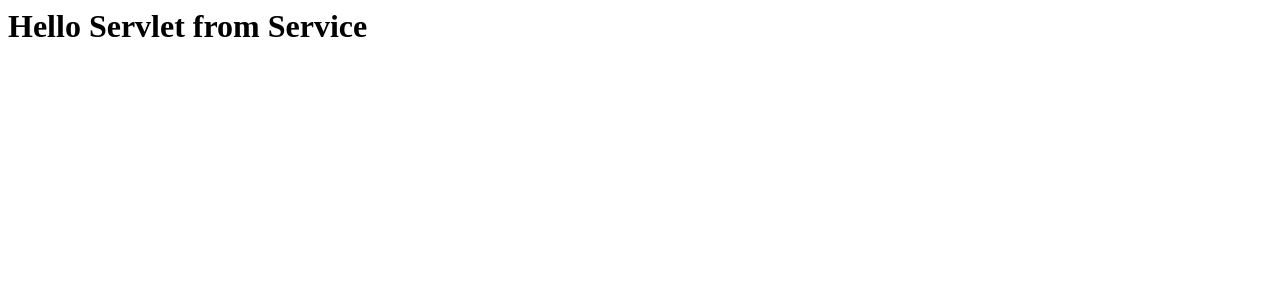
Repository: vinayingalahalli/java_batch1_revature
Page: http://localhost/my_servlet_app/abc
An editor plug-in stored every save of this project. The page is shown before and after the next save, followed by the edit.
The browser window is 1280 px wide. The pictures show the whole page.
The page is served by Tomcat 9.

Above is the page before, as saved 2019-09-10 17:12:16.

### revature_java/my_servlet_app/src/com/MyServlet.java
package com;

import java.io.IOException;
import java.io.PrintWriter;

import javax.servlet.ServletException;
import javax.servlet.http.HttpServlet;
import javax.servlet.http.HttpServletRequest;
import javax.servlet.http.HttpServletResponse;

/**
 * Servlet implementation class MyServlet
 */
public class MyServlet extends HttpServlet {
	private static final long serialVersionUID = 1L;

    /**
     * Default constructor.
     */
    public MyServlet() {
        // TODO Auto-generated constructor stub
    }

	/**
	 * @see HttpServlet#service(HttpServletRequest request, HttpServletResponse response)
	 */
	protected void service(HttpServletRequest request, HttpServletResponse response) throws ServletException, IOException {
		response.setContentType("text/html");
		PrintWriter out=response.getWriter();
		out.print("<h1>Hello Servlet from Service</h1>");
	}

	/**
	 * @see HttpServlet#doGet(HttpServletRequest request, HttpServletResponse response)
	 */
	protected void doGet(HttpServletRequest request, HttpServletResponse response) throws ServletException, IOException {
		response.setContentType("text/html");
		PrintWriter out=response.getWriter();
		out.print("<h1>Hello Servlet from doGet()</h1>");
	}

	/**
	 * @see HttpServlet#doPost(HttpServletRequest request, HttpServletResponse response)
	 */
	protected void doPost(HttpServletRequest request, HttpServletResponse response) throws ServletException, IOException {
		response.setContentType("text/html");
		PrintWriter out=response.getWriter();
		out.print("<h1>Hello Servlet from doPost()</h1>");
	}

}

After the next save:
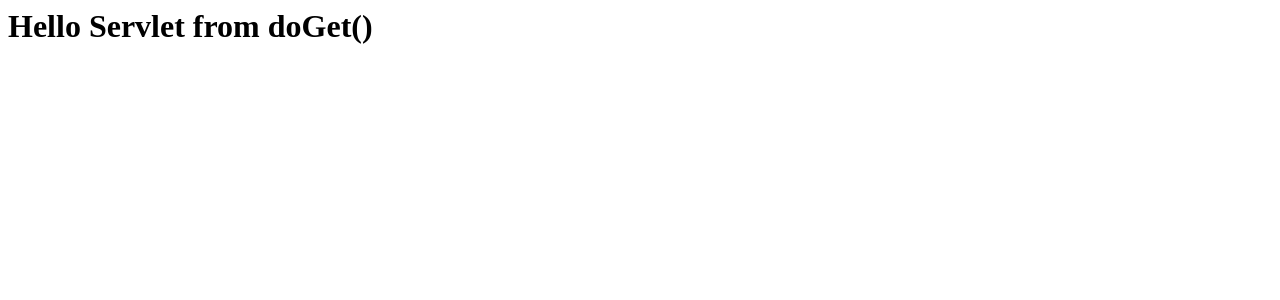
Saved 85 min 20 s later.
--- a/revature_java/my_servlet_app/src/com/MyServlet.java
+++ b/revature_java/my_servlet_app/src/com/MyServlet.java
@@ -24,11 +24,12 @@ public class MyServlet extends HttpServlet {
 	/**
 	 * @see HttpServlet#service(HttpServletRequest request, HttpServletResponse response)
 	 */
-	protected void service(HttpServletRequest request, HttpServletResponse response) throws ServletException, IOException {
-		response.setContentType("text/html");
-		PrintWriter out=response.getWriter();
-		out.print("<h1>Hello Servlet from Service</h1>");
-	}
+	/*
+	 * protected void service(HttpServletRequest request, HttpServletResponse
+	 * response) throws ServletException, IOException {
+	 * response.setContentType("text/html"); PrintWriter out=response.getWriter();
+	 * out.print("<h1>Hello Servlet from Service</h1>"); }
+	 */
 
 	/**
 	 * @see HttpServlet#doGet(HttpServletRequest request, HttpServletResponse response)
